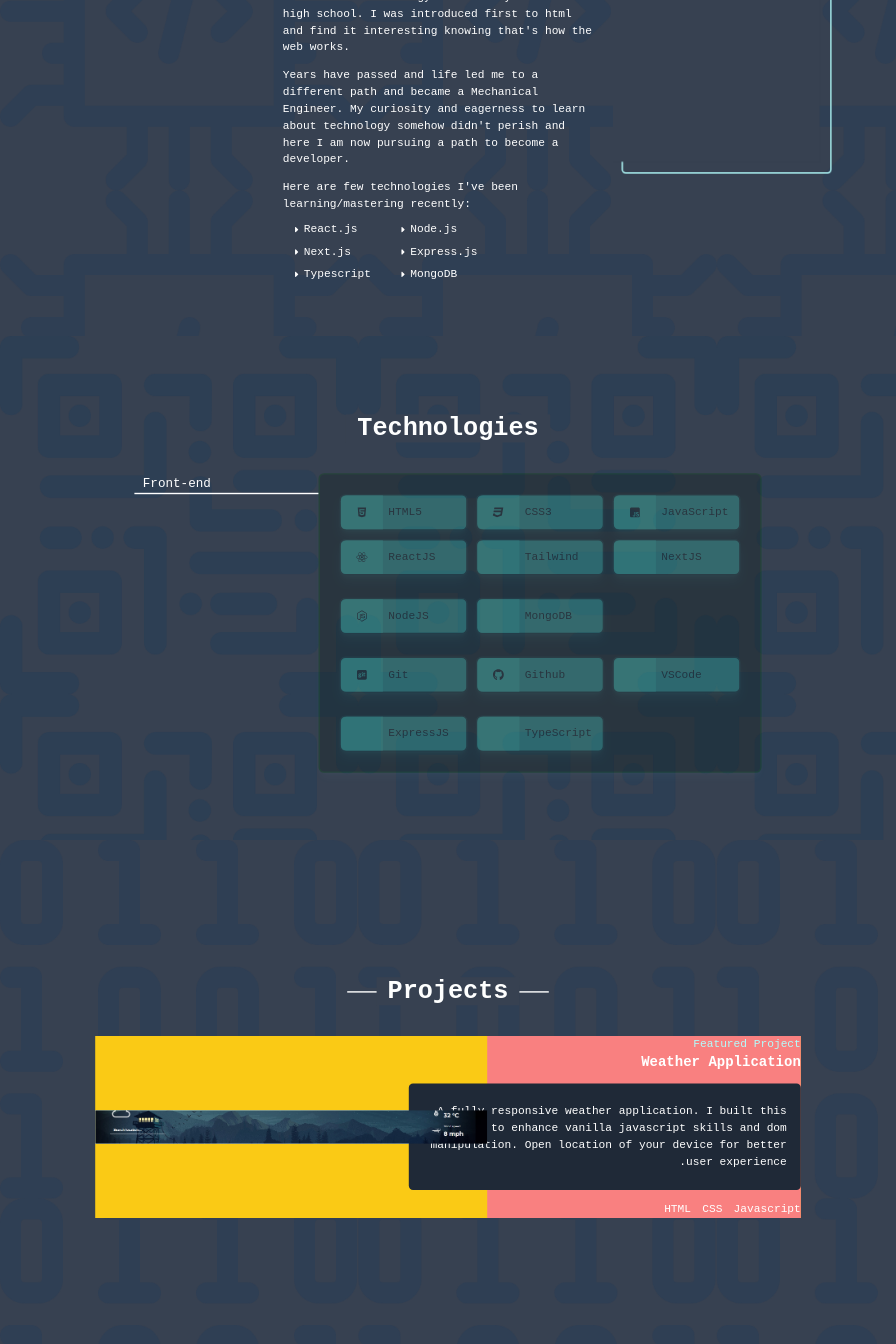
Repository: riandev25/nextjs-portfolio
Page: /
An editor plug-in stored every save of this project. The page is shown before and after the next save, followed by the edit.
The browser window is 1280 px wide. The pictures show the part of the page from y = 960 to 2880 px (the page is 2880 px tall), at 70% of full size.
Backgrounds fixed to the window are drawn as part of the page. The project was rebuilt for these pictures with package versions that can differ from the ones it lists, and the page was loaded fresh each time. The framework's server and built-in components were replaced by stand-ins that run in the browser. Also part of the build but not shown: next.config.js, components/Home/Keyboard/index.module.css, components/Home/Keyboard/index.jsx.

Above is the page before, as saved 2022-11-12 21:49:34.

After the next save:
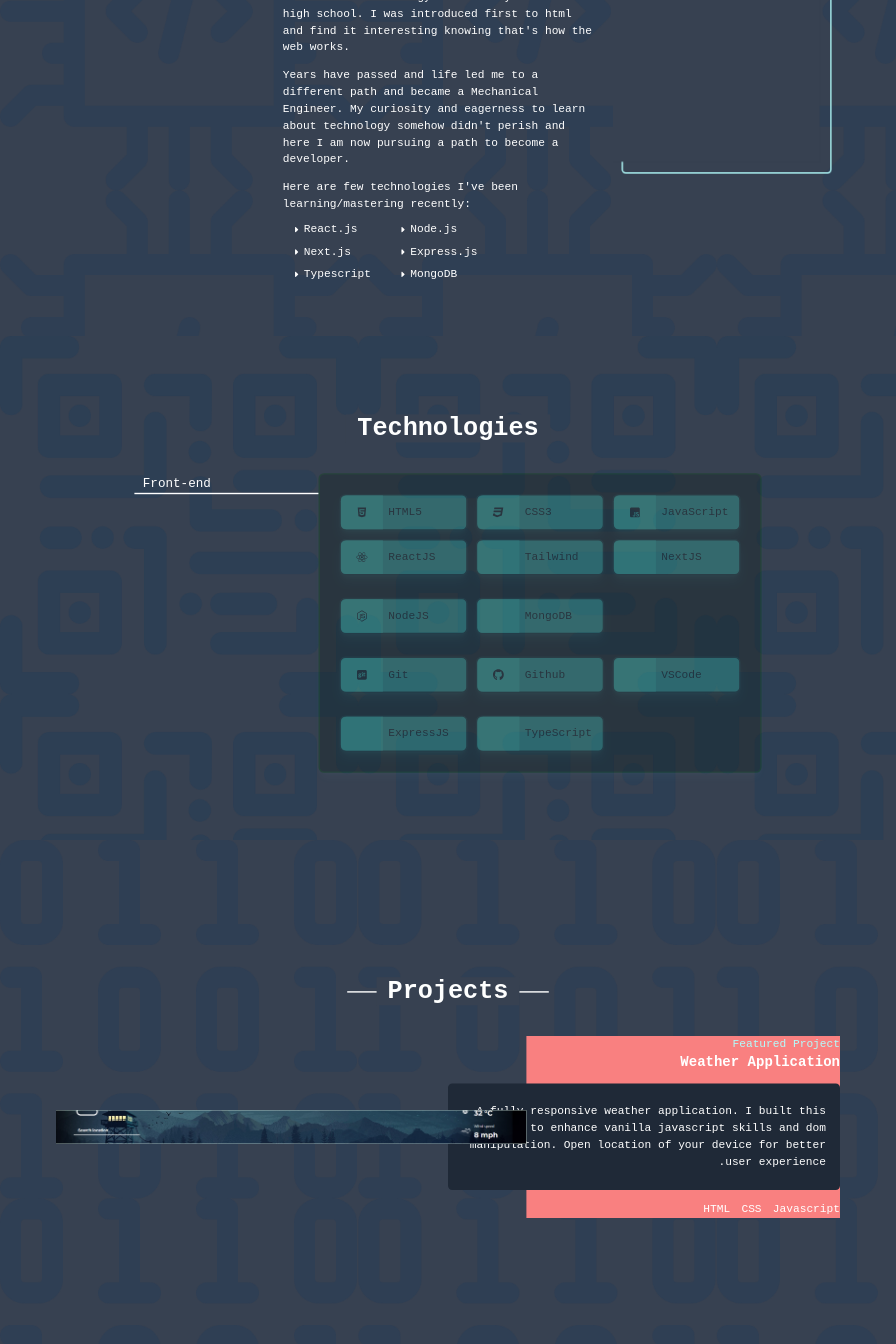
Saved 42 s later.
--- a/components/Projects/index.jsx
+++ b/components/Projects/index.jsx
@@ -25,13 +25,13 @@ const Projects = () => {
   return (
     <div className='pt-4 flex flex-col w-full h-screen gap-11 justify-center items-center text-white px-20 bg-bg_binary_image bg-fixed'>
       <PageHeader title='Projects' />
-      <div className='flex flex-row justify-center items-center bg-yellow-300 '>
-        <section className='w-[35rem] h-12 bg-green-100 flex-auto flex'>
+      <div className='flex flex-row justify-center items-center max-w-full '>
+        <section className='relative w-full h-12 bg-green-100 flex-auto flex'>
           <Image
             src={WeatherImage}
             alt='weather-app'
             fill
-            className='object-cover'
+            className='object-cover absolute'
           />
         </section>
         <section
